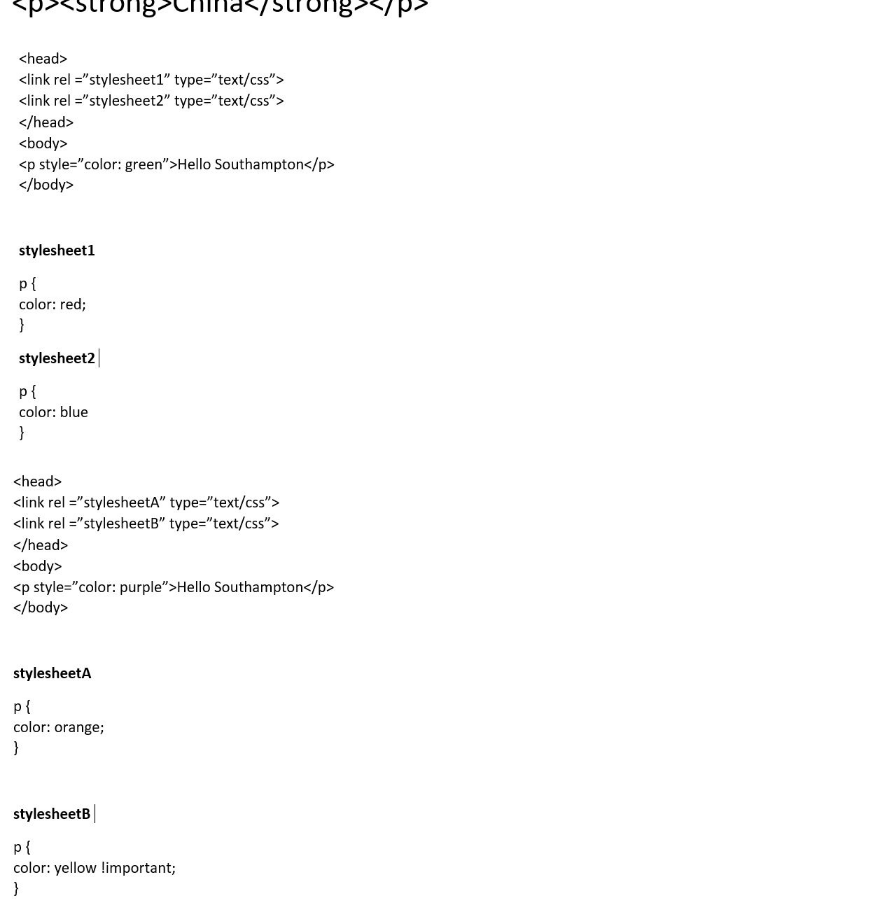
Repository: DigitalExperienceTeam/assessmentImages
Page: index.html
The author's editor kept a record of every edit. The page is drawn from the files as they stood at one moment, then again after the next edit.
The browser window is 1280 px wide. The pictures show the part of the page from y = 2627 to 4547 px (the page is 3939 px tall before and 4547 px after), at 70% of full size.

Above is the page before.

### index.html
<!DOCTYPE html>
<html lang="en">
<head>
    <meta charset="UTF-8">
    <meta name="viewport" content="width=device-width, initial-scale=1.0">
    <meta http-equiv="X-UA-Compatible" content="ie=edge">
    <title>Document</title>
</head>
<body>

    <p><img src="Question6.jpg"></p>

    <p><img src="Question7A.jpg"></p>

    <p><img src="Question7B.jpg"></p>

    <p><img src="Question7C.jpg"></p>

    <p><img src="Question7D.jpg"></p>

    <p><img src="css1.jpg"></p>

    <p><img src="css2.jpg"></p>

</body>
</html>

After the next edit:
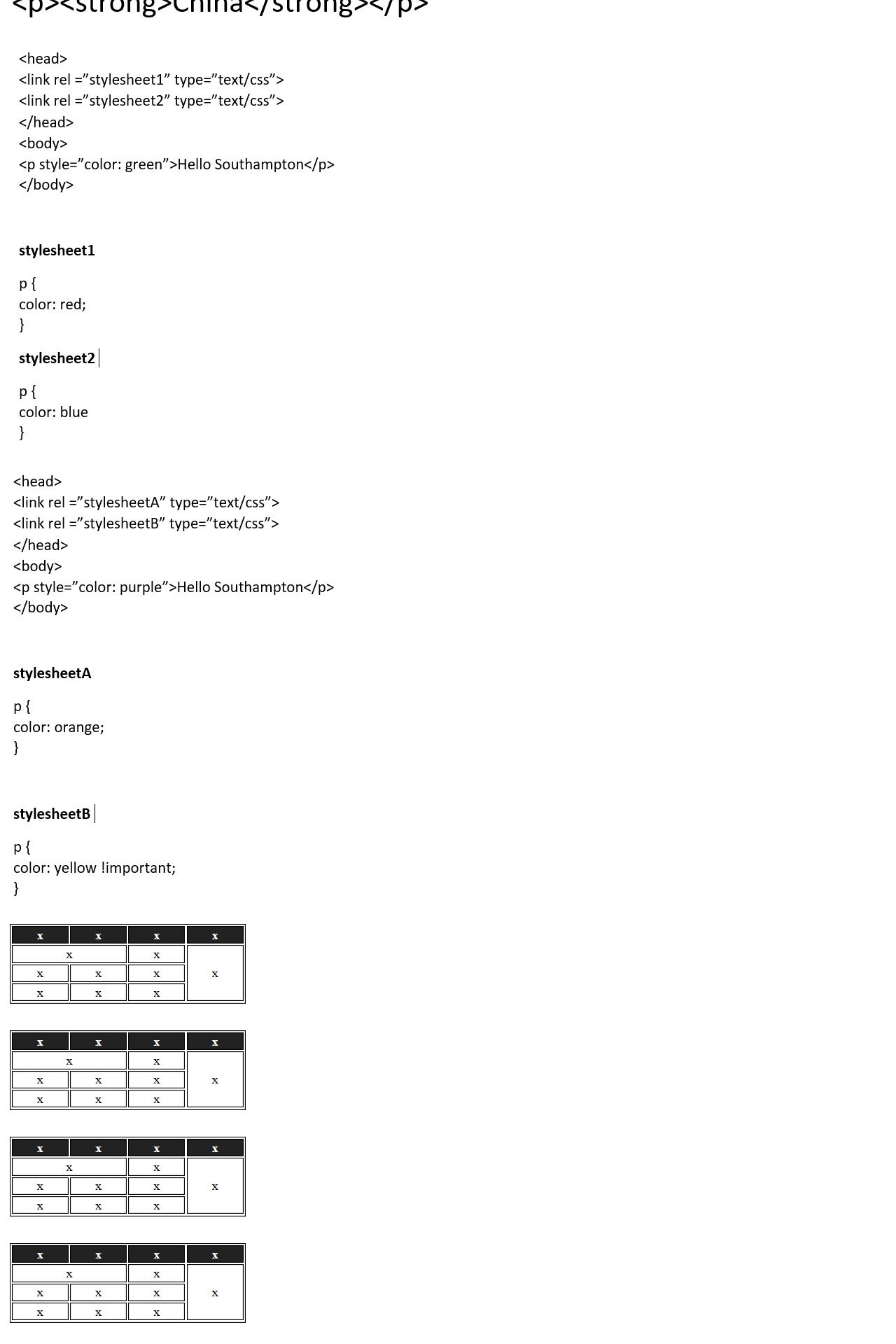
The edit:
--- a/index.html
+++ b/index.html
@@ -22,5 +22,13 @@
 
     <p><img src="css2.jpg"></p>
 
+     <p><img src="table1.jpg"></p>
+
+     <p><img src="table1.jpg"></p>
+
+     <p><img src="table1.jpg"></p>
+
+     <p><img src="table1.jpg"></p>
+
 </body>
 </html>
